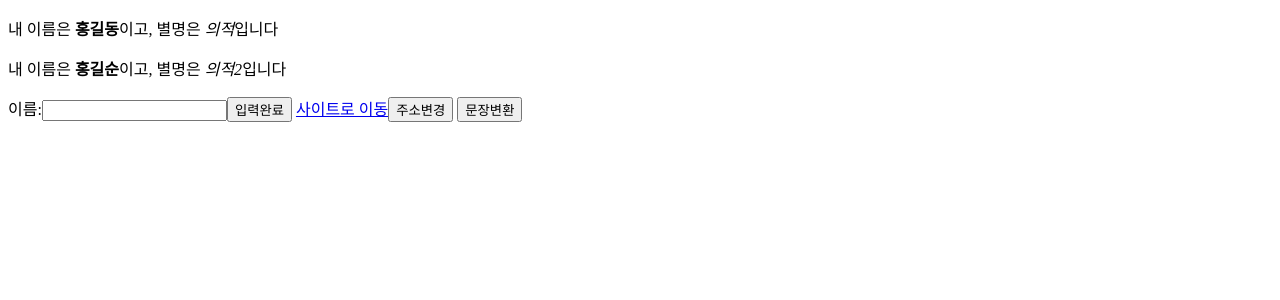
Repository: chopilyeon/JavaWeb
Page: LectureWeb/src/main/webapp/jquery/exam03.html
The author's editor kept a copy of each file at every save. The page is drawn from the files as they stood at one save, then again after the next save.
The browser window is 1280 px wide. The pictures show the whole page.

Above is the page before, as saved 2022-05-30 07:22:49.

After the next save:
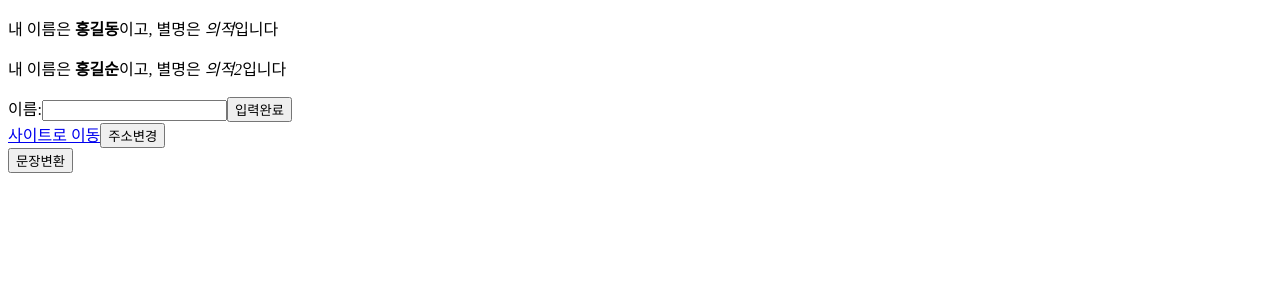
Saved 57 s later.
--- a/LectureWeb/src/main/webapp/jquery/exam03.html
+++ b/LectureWeb/src/main/webapp/jquery/exam03.html
@@ -77,8 +77,8 @@ alert('html : ' + html + '\ntext: ' +text + '\n주소:' + attr)
 	<p>
 		내 이름은 <strong>홍길순</strong>이고, 별명은 <em>의적2</em>입니다
 	</p>
-	이름:<input type="text" id="name"><button id="btn01"> 입력완료</button>
-	<a href="http://www.naver.com">사이트로 이동</a><button id ="btn02">주소변경</button>
+	이름:<input type="text" id="name"><button id="btn01"> 입력완료</button><br>
+	<a href="http://www.naver.com">사이트로 이동</a><button id ="btn02">주소변경</button><br>
 	<button id="btn03">문장변환</button>
 
 
